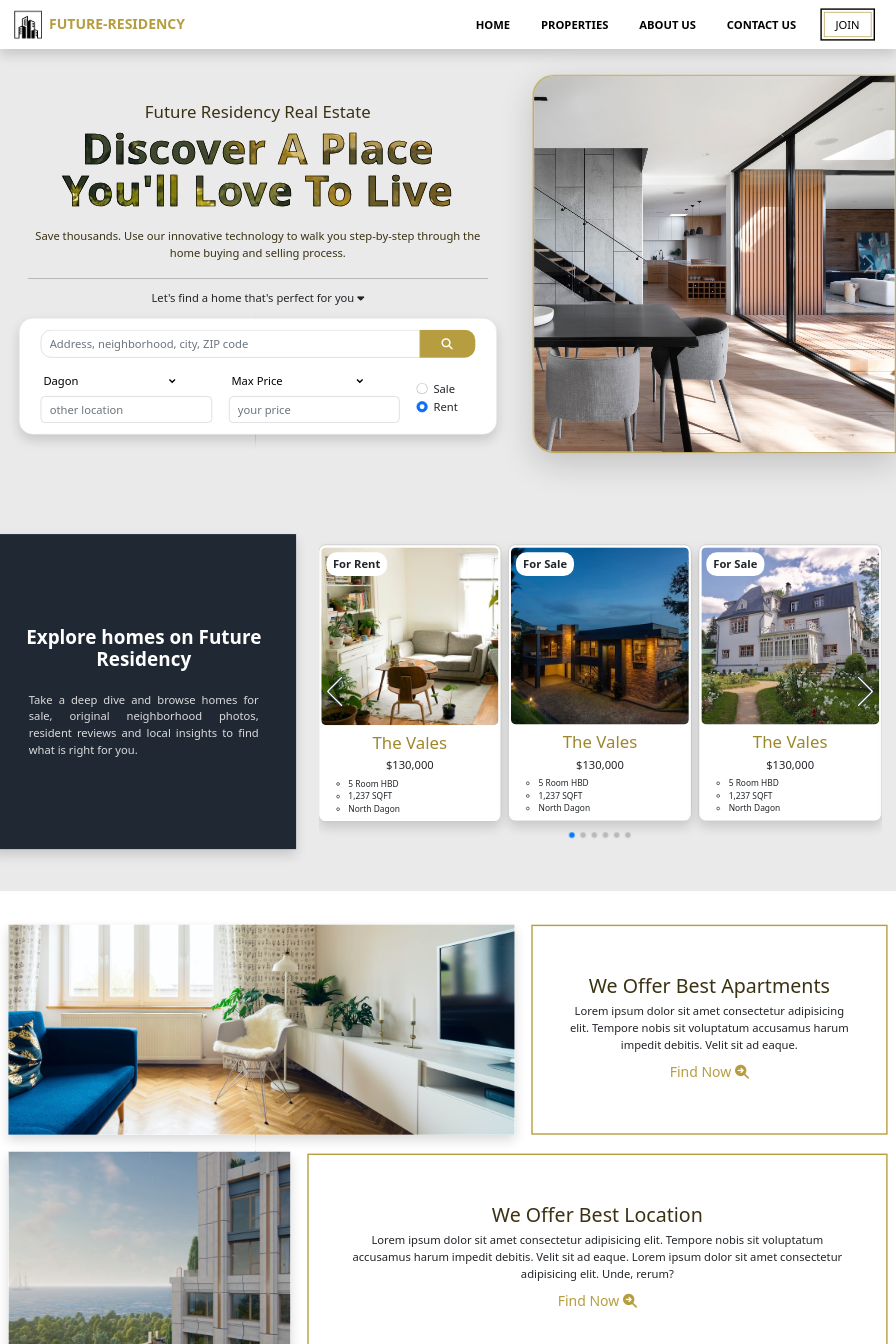
Repository: pyaestk/Future-residency
Page: index.html
These files come from the project's save history. The page is drawn as it stood at one moment and after the next save; the edit follows.
The browser window is 1280 px wide. The pictures show the part of the page from y = 0 to 1920 px (the page is 2765 px tall), at 70% of full size.
Pictures or frames that could not be fetched are drawn as grey boxes.

Above is the page before, as saved 2022-12-06 21:48:41.

### index.html
<!doctype html>
<html lang="en">

<head>
  <meta charset="utf-8">
  <meta name="viewport" content="width=device-width, initial-scale=1, minimum-scale=1, maximum-scale=1 ">
  <title>FUTURE-RESIDENCY</title>
  <!--bootstrap-->
  <link href="https://cdn.jsdelivr.net/npm/bootstrap@5.2.3/dist/css/bootstrap.min.css" rel="stylesheet"
    integrity="sha384-rbsA2VBKQhggwzxH7pPCaAqO46MgnOM80zW1RWuH61DGLwZJEdK2Kadq2F9CUG65" crossorigin="anonymous">

  <!--custom css-->
  <link rel="stylesheet" href="style.css" type="text/css">
  <link rel="stylesheet" href="styleMobileview.css" type="text/css">
  <link rel="stylesheet" href="styleTabletview.css" type="text/css">

  <!--font awesome-->
  <link rel="stylesheet" href="https://cdnjs.cloudflare.com/ajax/libs/font-awesome/6.2.1/css/all.min.css"
    integrity="sha512-MV7K8+y+gLIBoVD59lQIYicR65iaqukzvf/nwasF0nqhPay5w/9lJmVM2hMDcnK1OnMGCdVK+iQrJ7lzPJQd1w=="
    crossorigin="anonymous" referrerpolicy="no-referrer" />

  <!--swiper js-->
  <link rel="stylesheet" href="https://cdn.jsdelivr.net/npm/swiper@8/swiper-bundle.min.css" />

</head>

<body>

  <!-- background -->
  <div class="background"></div>
  <!--navigation-->
  <nav class="shadow">
    <div class="logo-area">
      <img src="img/FUTURE_ReSIDENCY-removebg-preview.png" alt="logo" class="logo">
      <span>FUTURE-RESIDENCY</span>
    </div>


    <!--desktop-->
    <div class="navlinks" id="nav-right">
      <div class="icon closeMenubar shadow" onclick="hideMenu()">
        <i class="fa-solid fa-xmark"></i>
      </div>
      <ul>
        <li><a href="#home">HOME</a></li>
        <li><a href="properties.html">PROPERTIES</a></li>
        <li><a href="aboutUs.html">ABOUT US</a></li>
        <li><a href="contactUs.html">CONTACT US</a></li>
        <a href="singIn.html" class="navibutton">JOIN</a></li>
      </ul>
    </div>
    <div class="icon openMenubar">
      <i class="fa-solid fa-bars" onclick="showMenu()"></i>
    </div>
  </nav>
  <!--end navigation-->


  <!--jumbotron-->
  <div class="jumbotron mb-5" id="home">
    <div class="row mt-3">

      <div class="col-md-7 content">
        <div class="row px-5 text-center">
          <div class="col-md-12 mt-4 px-1">
            <div class="subtext text-center">
              <h4  style="--delay: 0s;">Future Residency Real Estate</h4>
            </div>
            <p  style="--delay: .5s;">Discover A Place You'll Love To Live</p>
            <div class="subtext my-4 text-center">
              <span  style="--delay: 1s;">Save thousands. Use our innovative technology to walk you
                step-by-step through the home buying and selling process.</span>
            </div>
            <hr>
          </div>
        </div>

        <div class="row justify-content-md-center formsession">
          <div class="col-md-12">
            <div class="mb-3 text-center"><span>Let's find a home that's perfect for you <i
                  class="fa-sharp fa-solid fa-caret-down"></i></span></div>
            <div class="searchSection shadow  py-3 ">
              <div class="row">
                <div class="container input-group form-area mb-3 searchgroup">
                  <input type="text" class="form-control searchbar" placeholder="Address, neighborhood, city, ZIP code">
                  <button><i class="fa-solid fa-magnifying-glass"></i></button>
                </div>
              </div>
              <div class="row">
                <div class="col-md-5 col">
                  <select name="" id="">
                    <option value="">Dagon</option>
                    <option value="">North Dagon</option>
                    <option value="">Yankin</option>
                    <option value="">San Chaung</option>
                  </select>
                  <input type="text" class="form-control" placeholder="other location">
                </div>
                <div class="col-md-5 col">
                  <select name="" id="">
                    <option value="">Max Price</option>
                    <option value="">Average</option>
                    <option value="">Min Price</option>
                  </select>
                  <input type="text" class="form-control" placeholder="your price">
                </div>
                <div class="col-md-2 pt-3 col-3">
                  <div class="form-check">
                    <input class="form-check-input" type="radio" name="flexRadioDefault" id="flexRadioDefault1">
                    <label class="form-check-label" for="flexRadioDefault1">
                      Sale
                    </label>
                  </div>
                  <div class="form-check">
                    <input class="form-check-input" type="radio" name="flexRadioDefault" id="flexRadioDefault2" checked>
                    <label class="form-check-label" for="flexRadioDefault2">
                      Rent
                    </label>
                  </div>
                </div>
              </div>
            </div>
          </div>
        </div>
      </div>

      <div class="col-md-5 text-center customCarousel my-2">
        <div id="carouselExampleCaptions" class="carousel slide w-100" data-bs-ride="true">
          <div class="carousel-inner carouselborder shadow-lg">
            <div class="carousel-item active">
              <img src="img/carousel1.jpg" class="img-fluid d-block w-100" alt="...">
            </div>
            <div class="carousel-item">
              <img src="img/carousel2.jpg" class="img-fluid d-block w-100" alt="...">
            </div>
            <div class="carousel-item">
              <img src="img/carousel3.jpg" class="img-fluid d-block w-100" alt="...">
            </div>
          </div>
          <button class="carousel-control-next" type="button" data-bs-target="#carouselExampleCaptions"
            data-bs-slide="next">
            <span class="carousel-control-next-icon" aria-hidden="true"></span>
            <span class="visually-hidden">Next</span>
          </button>
        </div>
      </div>
    </div>
  </div>
  <!--end jumbotron-->

  <div class="group1">
    <div class="row">

      <div class="col-md-4">
        <div class="row label2 shadow">
          <div class="col-md-12 text-center">

            <h3>Explore homes on Future Residency</h3>
            <p class="sublabel">
              Take a deep dive and browse homes for sale, original neighborhood photos, resident reviews and local
              insights to find what is right for you.
            </p>

          </div>
        </div>
      </div>

      <div class="col-md-8">

        <div class="row featuredcard">
          <div class="col-md-12">
            <!--index swiperJs-->
            <div class="swiper mySwiper">
              <div class="swiper-wrapper mb-4">
                <div class="swiper-slide">

                  <div class="card salecard shadow">
                    <div class="salecard-img">
                      <img src="img/apartment1.jpg" class="card-img-top" alt="...">
                      <div class="layer">
                        <h6> See More <i class="fa-sharp fa-solid fa-arrow-right-from-bracket"></i></h6>
                      </div>
                      <div class="layer2">
                        <span>For Rent</span>
                      </div>
                    </div>
                    <div class="salecard-body">
                      <div class="row">
                        <div class="col-md-12 text-center">
                          <h4>The Vales</h4>
                          <h6>$130,000</h6>
                        </div>
                        <div class="col-md-12">
                          <li>5 Room HBD</li>
                          <li>1,237 SQFT</li>
                          <li>North Dagon</li>
                        </div>
                      </div>
                    </div>
                  </div>

                </div>
                <div class="swiper-slide">

                  <div class="card salecard shadow">
                    <div class="salecard-img">
                      <img src="img/house3.jpg" class="card-img-top" alt="...">
                      <div class="layer">
                        <h6> See More <i class="fa-sharp fa-solid fa-arrow-right-from-bracket"></i></h6>
                      </div>
                      <div class="layer2">
                        <span>For Sale</span>
                      </div>
                    </div>
                    <div class="salecard-body">
                      <div class="row">
                        <div class="col-md-12 text-center">
                          <h4>The Vales</h4>
                          <h6>$130,000</h6>
                        </div>
                        <div class="col-md-12">
                          <li>5 Room HBD</li>
                          <li>1,237 SQFT</li>
                          <li>North Dagon</li>
                        </div>
                      </div>
                    </div>
                  </div>

                </div>
                <div class="swiper-slide">

                  <div class="card salecard shadow">
                    <div class="salecard-img">
                      <img src="img/house1.jpg" class="card-img-top" alt="...">
                      <div class="layer">
                        <h6> See More <i class="fa-sharp fa-solid fa-arrow-right-from-bracket"></i></h6>
                      </div>
                      <div class="layer2">
                        <span>For Sale</span>
                      </div>
                    </div>
                    <div class="salecard-body">
                      <div class="row">
                        <div class="col-md-12 text-center">
                          <h4>The Vales</h4>
                          <h6>$130,000</h6>
                        </div>
                        <div class="col-md-12">
                          <li>5 Room HBD</li>
                          <li>1,237 SQFT</li>
                          <li>North Dagon</li>
                        </div>
                      </div>
                    </div>
                  </div>

                </div>
                <div class="swiper-slide">

                  <div class="card salecard shadow">
                    <div class="salecard-img">
                      <img src="img/house5.jpg" class="card-img-top" alt="...">
                      <div class="layer">
                        <h6> See More <i class="fa-sharp fa-solid fa-arrow-right-from-bracket"></i></h6>
                      </div>
                      <div class="layer2">
                        <span>For Sale</span>
                      </div>
                    </div>
                    <div class="salecard-body">
                      <div class="row">
                        <div class="col-md-12 text-center">
                          <h4>The Vales</h4>
                          <h6>$130,000</h6>
                        </div>
                        <div class="col-md-12">
                          <li>5 Room HBD</li>
                          <li>1,237 SQFT</li>
                          <li>North Dagon</li>
                        </div>
                      </div>
                    </div>
                  </div>

                </div>
                <div class="swiper-slide">

                  <div class="card salecard shadow">
                    <div class="salecard-img">
                      <img src="img/house10.jpg" class="card-img-top" alt="...">
                      <div class="layer">
                        <h6> See More <i class="fa-sharp fa-solid fa-arrow-right-from-bracket"></i></h6>
                      </div>
                      <div class="layer2">
                        <span>For Sale</span>
                      </div>
                    </div>
                    <div class="salecard-body">
                      <div class="row">
                        <div class="col-md-12 text-center">
                          <h4>The Vales</h4>
                          <h6>$130,000</h6>
                        </div>
                        <div class="col-md-12">
                          <li>5 Room HBD</li>
                          <li>1,237 SQFT</li>
                          <li>North Dagon</li>
                        </div>
                      </div>
                    </div>
                  </div>

                </div>
                <div class="swiper-slide">

                  <div class="card salecard shadow">
                    <div class="salecard-img">
                      <img src="img/apartment5.jpg" class="card-img-top" alt="...">
                      <div class="layer">
                        <h6> See More <i class="fa-sharp fa-solid fa-arrow-right-from-bracket"></i></h6>
                      </div>
                      <div class="layer2">
                        <span>For Rent</span>
                      </div>
                    </div>
                    <div class="salecard-body">
                      <div class="row">
                        <div class="col-md-12 text-center">
                          <h4>The Vales</h4>
                          <h6>$130,000</h6>
                        </div>
                        <div class="col-md-12">
                          <li>5 Room HBD</li>
                          <li>1,237 SQFT</li>
                          <li>North Dagon</li>
                        </div>
                      </div>
                    </div>
                  </div>

                </div>

              </div>

              <div class="swiper-button-next" style="color: #ffffff;   -webkit-text-stroke-width: 1px;
              -webkit-text-stroke-color: #1F2833;"></div>

              <div class="swiper-button-prev text-light" style="color: #ffffff;   -webkit-text-stroke-width: 1px;
              -webkit-text-stroke-color: #1F2833;"></div>

              <div class="swiper-pagination"></div>
            </div>
          </div>
          <!--swiperJs end-->
        </div>
      </div>

    </div>
  </div>
  <!--group1 end-->




  <div class="container-fluid pt-5">
    <div class="row pic-container">
      <div class="col-md-7">
        <div class="pic1">
          <img class="shadow" src="img/jarek-ceborski-jn7uVeCdf6U-unsplash.jpg" alt="">
        </div>
      </div>
      <div class=" col-md-5 d-flex flex-column justify-content-center">
        <div class="pic1-caption d-flex flex-column justify-content-center px-5 align-items-center">
          <h3>We Offer Best Apartments</h3>
          <span>Lorem ipsum dolor sit amet consectetur adipisicing elit.
             Tempore nobis sit voluptatum accusamus harum impedit debitis.
             Velit sit ad eaque.
          </span>
          <h6>Find Now <i class="fa-solid fa-magnifying-glass-arrow-right"></i></h6>
        </div>
      </div>
    </div>
  </div>
  <div class="container-fluid pt-2">
    <div class="row mt-3">
      <div class="col-md-4 vid">
        <video class="shadow" src="img/1624370561481-FbR_sea_fin_2905 - converted with Clipchamp.mp4" muted poster="img/Screenshot 2022-12-05 124058.jpg" onmouseover="this.play()" onmouseout="this.pause()"></video>
      </div>
      <div class=" col-md-8 d-flex flex-column justify-content-center">
        <div class="vid-caption px-5 d-flex flex-column justify-content-center align-items-center">
          <h3>We Offer Best Location</h3>
          <span>Lorem ipsum dolor sit amet consectetur adipisicing elit.
            Tempore nobis sit voluptatum accusamus harum impedit debitis.
            Velit sit ad eaque.
            Lorem ipsum dolor sit amet consectetur adipisicing elit. Unde, rerum?
          </span>
          <h6>Find Now <i class="fa-solid fa-magnifying-glass-arrow-right"></i></h6>
        </div>
      </div>

    </div>
  </div>

  <div class="container-fluid pt-2 mb-5">
    <div class="row mt-3 pic2-container">

      <div class=" col-md-5 d-flex flex-column justify-content-center">
        <div class="pic2-caption px-5 d-flex flex-column justify-content-center align-items-center">
          <h3>We Offer Best Houses</h3>
          <span>Lorem ipsum dolor sit amet consectetur adipisicing elit.
            Tempore nobis sit voluptatum accusamus harum impedit debitis.
            Velit sit ad eaque.
          </span>
          <h6>Find Now <i class="fa-solid fa-magnifying-glass-arrow-right"></i></h6>
        </div>
      </div>
      <div class="col-md-7 pic2">
        <img class="shadow" src="img/stephan-bechert-yFV39g6AZ5o-unsplash.jpg" alt="">
      </div>

    </div>
  </div>









  <!--footer-->
  <div class="footer pt-5">
    <div class="container text-center text-white">
      <div class="row">
        <div class="col-md-12 my-5">
          <h2><img src="img/FUTURE_ReSIDENCY-removebg-preview-modified.png" alt="logo" class="logo pb-2"><span>
              FUTURE-RESIDENCY </span> Real Estate</h2>
        </div>
      </div>
      <div class="row pb-5 gap-5 justify-content-md-center">
        <div class="col col-md-2">
          <h5>Our company</h5>
          <div>About Us</div>
          <div>Privacy Policy</div>
          <div>Terms of Service</div>
        </div>
        <div class="col-md-auto">
          <h5>Advertise with us</h5>
          <div>List a Property</div>
          <div>Business Solutions</div>
        </div>
        <div class="col col-md-2">
          <h5>Let Us Help</h5>
          <div>Avoid Scams</div>
          <div>Contact Us</div>
          <div>Site Map</div>
        </div>
      </div>
      <hr>
      <div class="row text-center pb-2">
        <div class="col-md-12">
          <span class="copyright">© 2022 Rent Group Inc. All rights reserved. All photos, videos, text and other content
            are the property of Future-Residency Group Inc. APARTMENT GUIDE and the APARTMENT GUIDE Trade Dress
            are registered trademarks of Future-Residency Inc. or its affiliates.</span>
        </div>
      </div>
    </div>
  </div>



  <!--swiper js-->
  <script src="https://cdn.jsdelivr.net/npm/swiper@8/swiper-bundle.min.js"></script>

  <!--javascript-->
  <script src="app.js"></script>

  <!--bootstrap-->
  <script src="https://cdn.jsdelivr.net/npm/bootstrap@5.2.3/dist/js/bootstrap.bundle.min.js"
    integrity="sha384-kenU1KFdBIe4zVF0s0G1M5b4hcpxyD9F7jL+jjXkk+Q2h455rYXK/7HAuoJl+0I4"
    crossorigin="anonymous"></script>
</body>

</html>

Loaded but not shown: app.js (83 lines, source omitted); style.css (671 lines, source omitted); styleTabletview.css (234 lines, source omitted); styleMobileview.css (223 lines, source omitted)

After the next save:
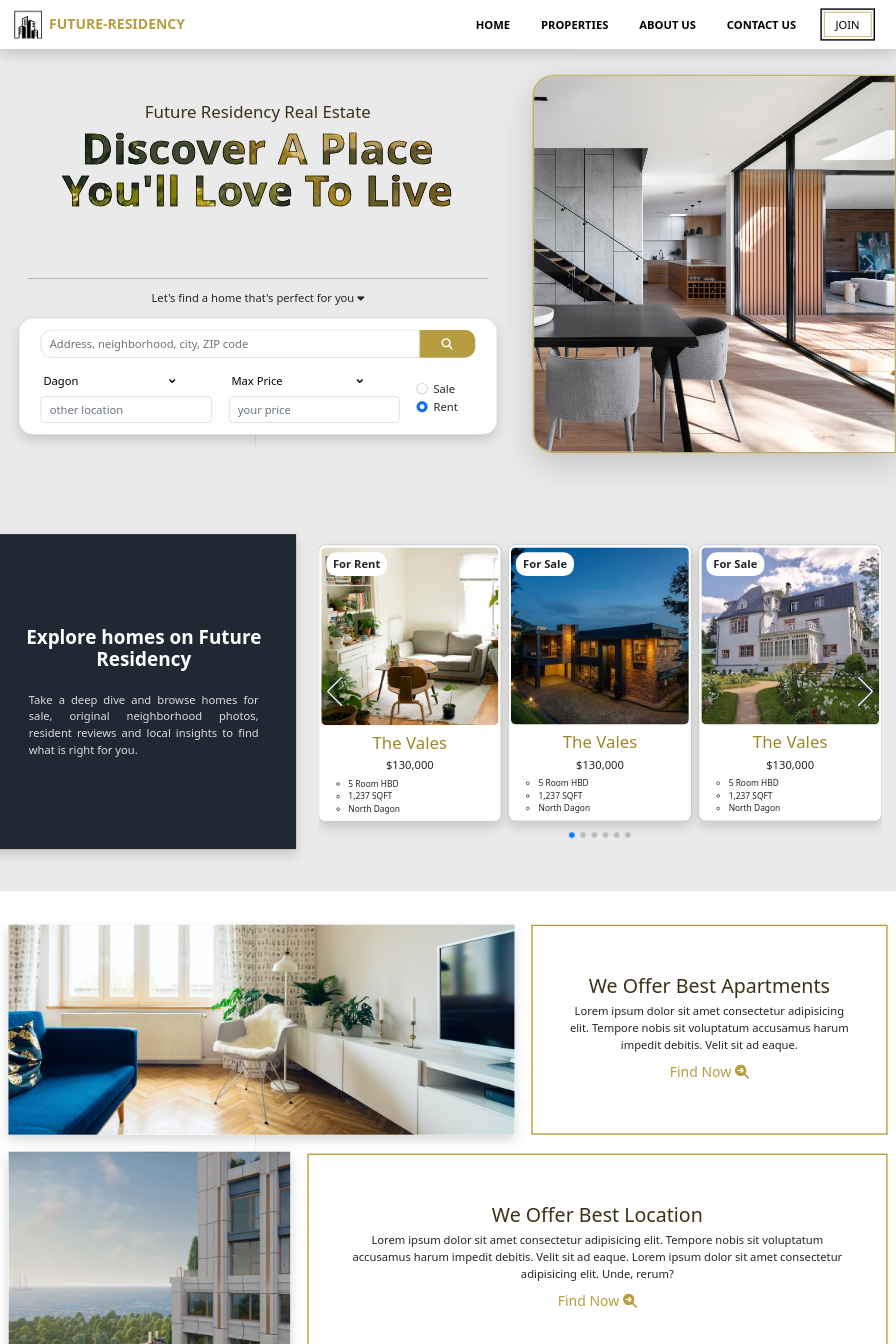
Saved 38 s later.
--- a/index.html
+++ b/index.html
@@ -66,9 +66,9 @@
             <div class="subtext text-center">
               <h4  style="--delay: 0s;">Future Residency Real Estate</h4>
             </div>
-            <p  style="--delay: .5s;">Discover A Place You'll Love To Live</p>
+            <p  style="--delay: .3s;">Discover A Place You'll Love To Live</p>
             <div class="subtext my-4 text-center">
-              <span  style="--delay: 1s;">Save thousands. Use our innovative technology to walk you
+              <span  style="--delay: 10s;">Save thousands. Use our innovative technology to walk you
                 step-by-step through the home buying and selling process.</span>
             </div>
             <hr>

After the save that followed:
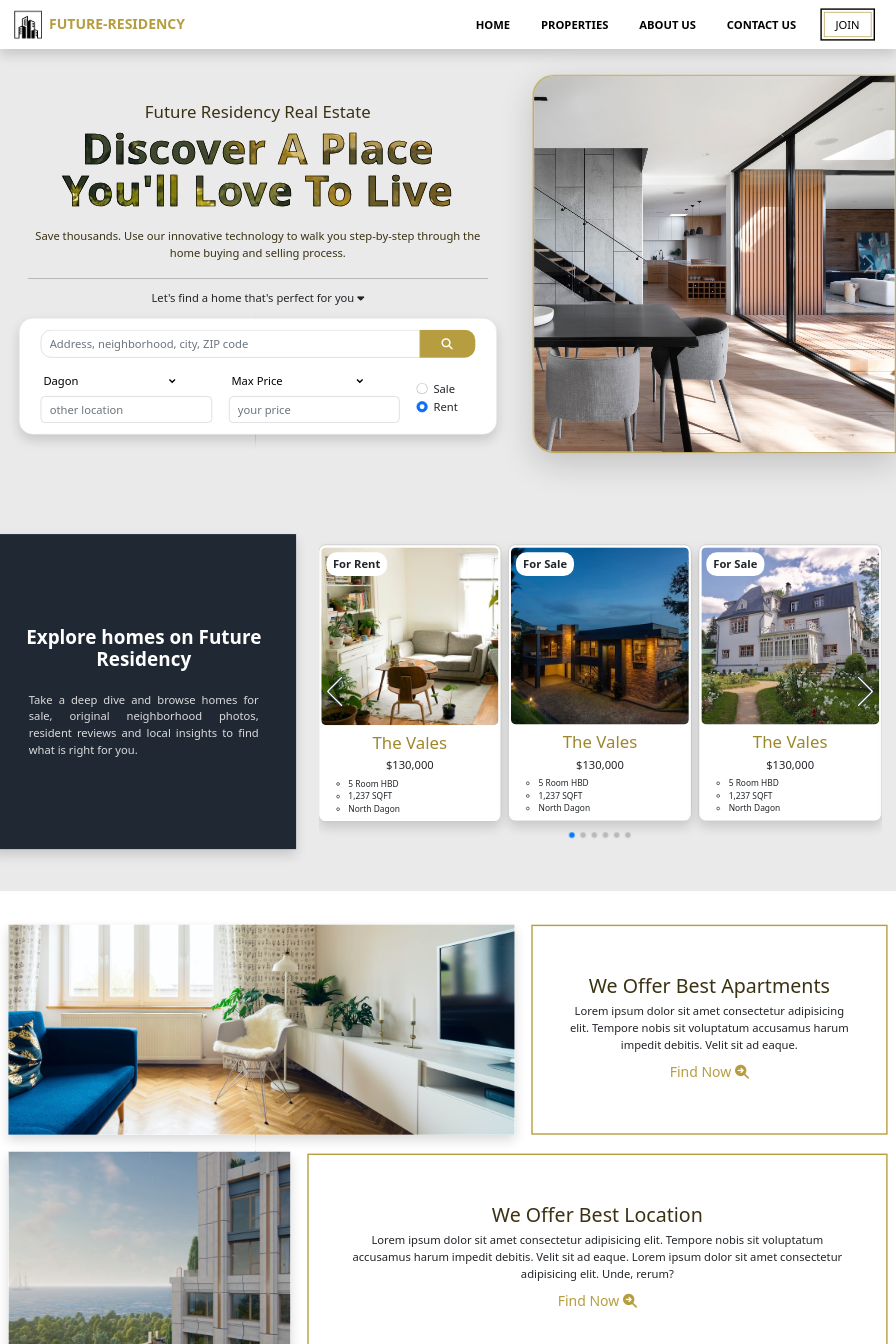
Saved 8 s later.
--- a/index.html
+++ b/index.html
@@ -68,7 +68,7 @@
             </div>
             <p  style="--delay: .3s;">Discover A Place You'll Love To Live</p>
             <div class="subtext my-4 text-center">
-              <span  style="--delay: 10s;">Save thousands. Use our innovative technology to walk you
+              <span  style="--delay: .9s;">Save thousands. Use our innovative technology to walk you
                 step-by-step through the home buying and selling process.</span>
             </div>
             <hr>
